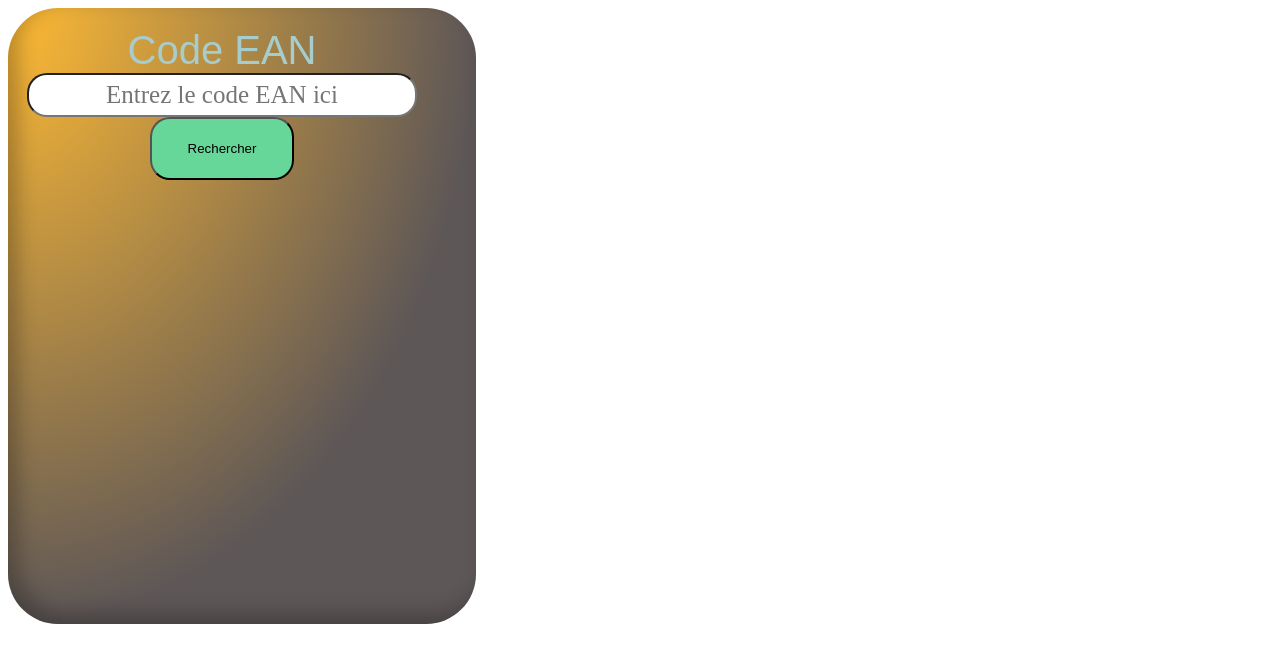
Repository: Zouz01/exo-toucan
Page: index.html
An editor plug-in stored every save of this project. The page is shown before and after a run of saves, followed by the edit.
The browser window is 1280 px wide. The pictures show the whole page.

Above is the page before, as saved 2023-09-21 12:22:40.

After the next 3 saves:
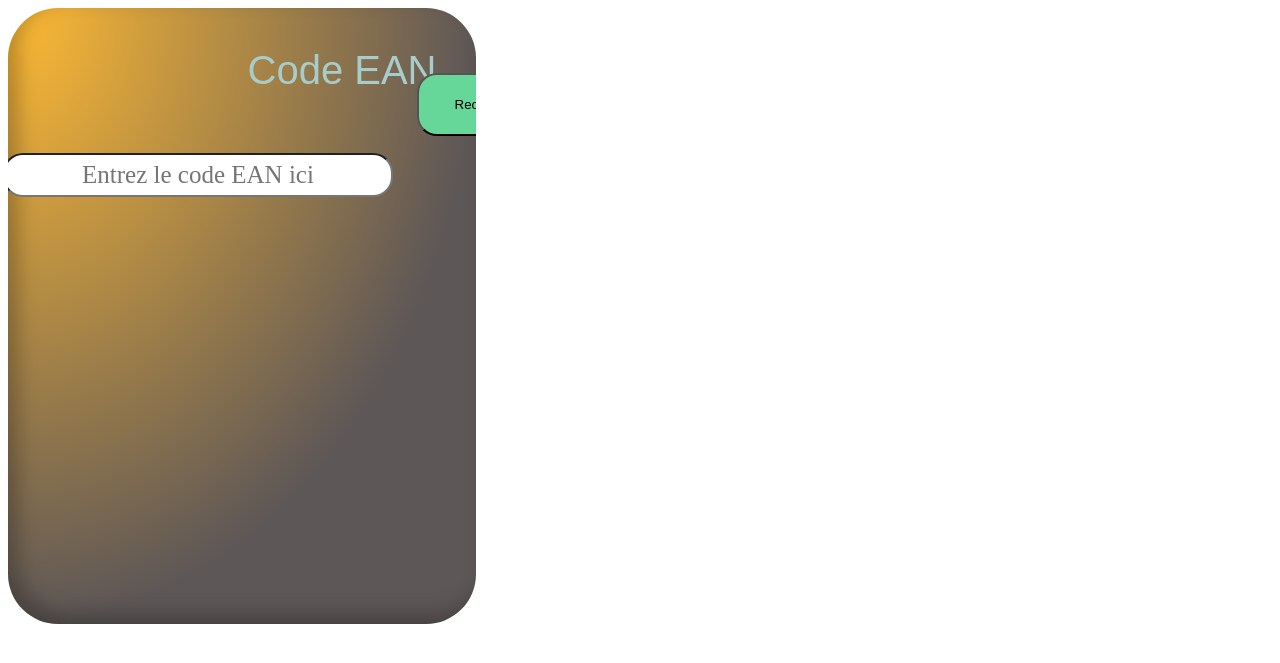
The 3 saves are shown as one change because they came seconds apart.
The last was saved 24 s later.
--- a/main.css
+++ b/main.css
@@ -28,11 +28,11 @@ body {
 /* position ecriture label*/
 label {
 
-
+    top: 20px;
     font-size: 40px;
     color: rgb(167, 204, 204);
    left: 120px;
-
+    position :relative;
 
 
 
@@ -65,7 +65,7 @@ p{
 
 /* Champ de saisie pour entrer le code EAN */
 #code_ean {
-
+    position: relative;
    border-radius: 20px;
     width: 382px;
     height: 38px;
@@ -86,7 +86,7 @@ color: #0f0d0d;
 
 /* Bouton de recherche */
 button[type="submit"] {
-
+    position: absolute;
     width: 144px;
     height: 63px;
   background-color: #67d699;

After the save that followed:
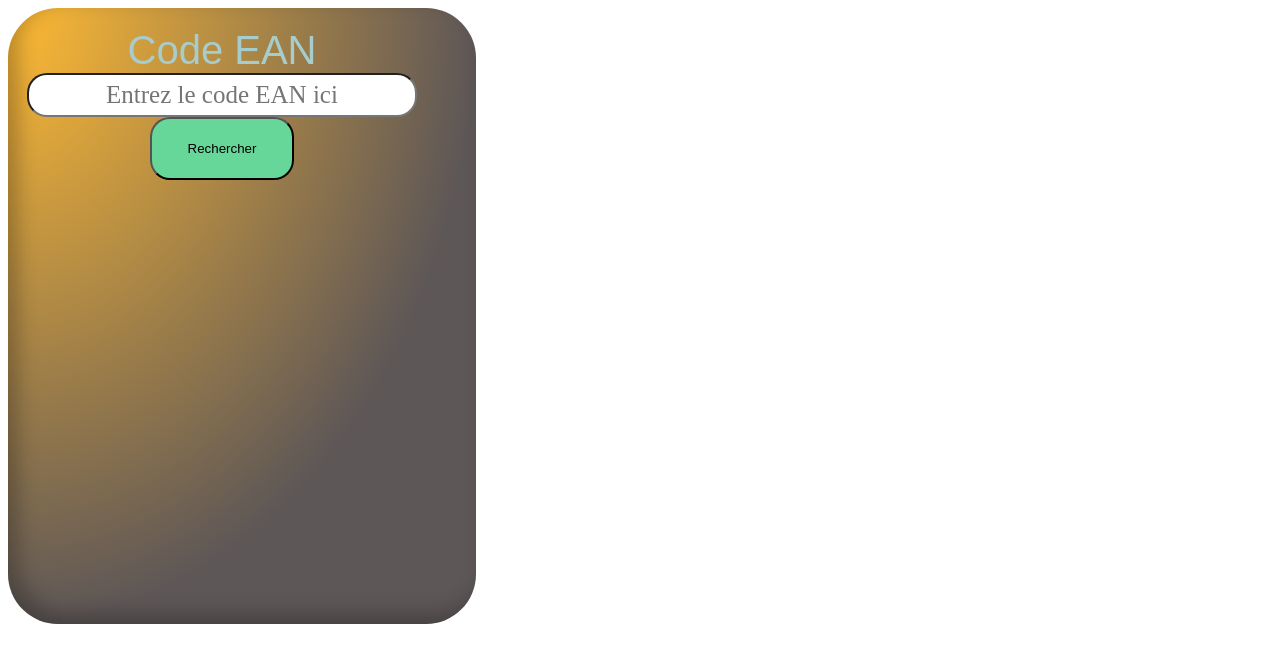
Saved 13 s later.
--- a/main.css
+++ b/main.css
@@ -28,11 +28,11 @@ body {
 /* position ecriture label*/
 label {
 
-    top: 20px;
+
     font-size: 40px;
     color: rgb(167, 204, 204);
    left: 120px;
-    position :relative;
+
 
 
 
@@ -65,7 +65,7 @@ p{
 
 /* Champ de saisie pour entrer le code EAN */
 #code_ean {
-    position: relative;
+
    border-radius: 20px;
     width: 382px;
     height: 38px;
@@ -86,7 +86,7 @@ color: #0f0d0d;
 
 /* Bouton de recherche */
 button[type="submit"] {
-    position: absolute;
+
     width: 144px;
     height: 63px;
   background-color: #67d699;
